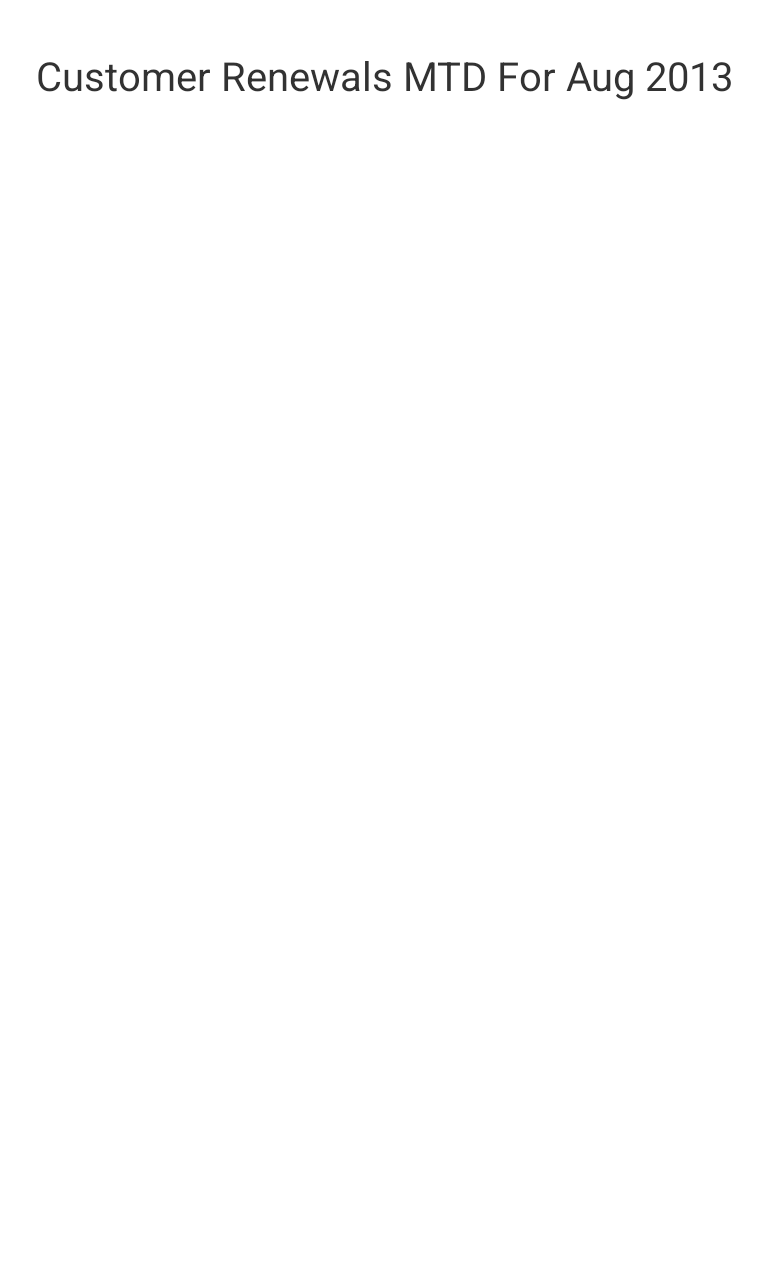
Repository: jemcphe/XCell
Layout: XCell/res/layout/data_renewals.xml
The author's editor kept a copy of each file at every save. The layout is drawn from the files as they stood at one save, then again after the next save.
It is drawn on a 768 x 1280 px phone screen (xhdpi) without system bars, with theme Theme.Xcell; the app's code is not run.

Above is the layout before, as saved 2013-08-17 00:21:21.

### XCell/res/layout/data_renewals.xml
<?xml version="1.0" encoding="utf-8"?>
<RelativeLayout xmlns:android="http://schemas.android.com/apk/res/android"
    android:layout_width="match_parent"
    android:layout_height="match_parent" >

    <TextView
        android:id="@+id/mtdLabel"
        android:layout_width="wrap_content"
        android:layout_height="wrap_content"
        android:layout_alignParentTop="true"
        android:layout_centerHorizontal="true"
        android:layout_marginTop="24dp"
        android:textSize="20sp"
        android:text="Customer Renewals MTD For Aug 2013"
        android:gravity="center" />

</RelativeLayout>

### XCell/res/values/styles_xcell.xml
<?xml version="1.0" encoding="utf-8"?>

<resources>

    <style name="Theme.Xcell" parent="@android:style/Theme.Holo.Light">
        <item name="android:actionBarItemBackground">@drawable/selectable_background_xcell</item>
        <item name="android:popupMenuStyle">@style/PopupMenu.Xcell</item>
        <item name="android:dropDownListViewStyle">@style/DropDownListView.Xcell</item>
        <item name="android:actionBarTabStyle">@style/ActionBarTabStyle.Xcell</item>
        <item name="android:actionDropDownStyle">@style/DropDownNav.Xcell</item>
        <item name="android:actionBarStyle">@style/ActionBar.Solid.Xcell</item>
        <item name="android:actionModeBackground">@drawable/cab_background_top_xcell</item>
        <item name="android:actionModeSplitBackground">@drawable/cab_background_bottom_xcell</item>
        <item name="android:actionModeCloseButtonStyle">@style/ActionButton.CloseMode.Xcell</item>


    </style>

    <style name="ActionBar.Solid.Xcell" parent="@android:style/Widget.Holo.Light.ActionBar.Solid">
        <item name="android:background">@drawable/ab_background_textured_xcell</item>
        <item name="android:backgroundStacked">@drawable/ab_stacked_solid_xcell</item>
        <item name="android:backgroundSplit">@drawable/ab_background_textured_xcell</item>
        <item name="android:progressBarStyle">@style/ProgressBar.Xcell</item>
    </style>

    <style name="ActionBar.Transparent.Xcell" parent="@android:style/Widget.Holo.Light.ActionBar">
        <item name="android:background">@drawable/ab_transparent_xcell</item>
        <item name="android:progressBarStyle">@style/ProgressBar.Xcell</item>
    </style>

    <style name="PopupMenu.Xcell" parent="@android:style/Widget.Holo.Light.ListPopupWindow">
        <item name="android:popupBackground">@drawable/menu_dropdown_panel_xcell</item>
    </style>

    <style name="DropDownListView.Xcell" parent="@android:style/Widget.Holo.Light.ListView.DropDown">
        <item name="android:listSelector">@drawable/selectable_background_xcell</item>
    </style>

    <style name="ActionBarTabStyle.Xcell" parent="@android:style/Widget.Holo.Light.ActionBar.TabView">
        <item name="android:background">@drawable/tab_indicator_ab_xcell</item>
    </style>

    <style name="DropDownNav.Xcell" parent="@android:style/Widget.Holo.Light.Spinner">
        <item name="android:background">@drawable/spinner_background_ab_xcell</item>
        <item name="android:popupBackground">@drawable/menu_dropdown_panel_xcell</item>
        <item name="android:dropDownSelector">@drawable/selectable_background_xcell</item>
    </style>

    <style name="ProgressBar.Xcell" parent="@android:style/Widget.Holo.Light.ProgressBar.Horizontal">
        <item name="android:progressDrawable">@drawable/progress_horizontal_xcell</item>
    </style>

    <style name="ActionButton.CloseMode.Xcell" parent="@android:style/Widget.Holo.Light.ActionButton.CloseMode">
        <item name="android:background">@drawable/btn_cab_done_xcell</item>
    </style>

    <!-- this style is only referenced in a Light.DarkActionBar based theme -->
    <style name="Theme.Xcell.Widget" parent="@android:style/Theme.Holo">
        <item name="android:popupMenuStyle">@style/PopupMenu.Xcell</item>
        <item name="android:dropDownListViewStyle">@style/DropDownListView.Xcell</item>
    </style>

</resources>

### XCell/res/drawable/selectable_background_xcell.xml
<?xml version="1.0" encoding="utf-8"?>
<!-- File created by the Android Action Bar Style Generator

     Copyright (C) 2011 The Android Open Source Project
     Copyright (C) 2012 readyState Software Ltd

     Licensed under the Apache License, Version 2.0 (the "License");
     you may not use this file except in compliance with the License.
     You may obtain a copy of the License at

          http://www.apache.org/licenses/LICENSE-2.0

     Unless required by applicable law or agreed to in writing, software
     distributed under the License is distributed on an "AS IS" BASIS,
     WITHOUT WARRANTIES OR CONDITIONS OF ANY KIND, either express or implied.
     See the License for the specific language governing permissions and
     limitations under the License.
-->

<selector xmlns:android="http://schemas.android.com/apk/res/android"
        android:exitFadeDuration="@android:integer/config_mediumAnimTime" >
    <item android:state_pressed="false" android:state_focused="true" android:drawable="@drawable/list_focused_xcell" />
    <item android:state_pressed="true" android:drawable="@drawable/pressed_background_xcell" />
    <item android:drawable="@android:color/transparent" />
</selector>

### XCell/res/drawable/btn_cab_done_xcell.xml
<?xml version="1.0" encoding="utf-8"?>
<!-- File created by the Android Action Bar Style Generator

     Copyright (C) 2011 The Android Open Source Project
     Copyright (C) 2012 readyState Software Ltd

     Licensed under the Apache License, Version 2.0 (the "License");
     you may not use this file except in compliance with the License.
     You may obtain a copy of the License at

          http://www.apache.org/licenses/LICENSE-2.0

     Unless required by applicable law or agreed to in writing, software
     distributed under the License is distributed on an "AS IS" BASIS,
     WITHOUT WARRANTIES OR CONDITIONS OF ANY KIND, either express or implied.
     See the License for the specific language governing permissions and
     limitations under the License.
-->

<selector xmlns:android="http://schemas.android.com/apk/res/android">
    <item android:state_pressed="true"
        android:drawable="@drawable/btn_cab_done_pressed_xcell" />
    <item android:state_focused="true" android:state_enabled="true"
        android:drawable="@drawable/btn_cab_done_focused_xcell" />
    <item android:state_enabled="true"
        android:drawable="@drawable/btn_cab_done_default_xcell" />
</selector>

### XCell/res/drawable/ab_background_textured_xcell.xml
<?xml version="1.0" encoding="utf-8"?>
<!-- File created by the Android Action Bar Style Generator

     Copyright (C) 2012 readyState Software Ltd

     Licensed under the Apache License, Version 2.0 (the "License");
     you may not use this file except in compliance with the License.
     You may obtain a copy of the License at

          http://www.apache.org/licenses/LICENSE-2.0

     Unless required by applicable law or agreed to in writing, software
     distributed under the License is distributed on an "AS IS" BASIS,
     WITHOUT WARRANTIES OR CONDITIONS OF ANY KIND, either express or implied.
     See the License for the specific language governing permissions and
     limitations under the License.
-->

<bitmap xmlns:android="http://schemas.android.com/apk/res/android"
    android:src="@drawable/ab_texture_tile_xcell"
    android:tileMode="repeat" />

### XCell/res/drawable/progress_horizontal_xcell.xml
<?xml version="1.0" encoding="utf-8"?>
<!-- File created by the Android Action Bar Style Generator

     Copyright (C) 2011 The Android Open Source Project
     Copyright (C) 2012 readyState Software Ltd

     Licensed under the Apache License, Version 2.0 (the "License");
     you may not use this file except in compliance with the License.
     You may obtain a copy of the License at

          http://www.apache.org/licenses/LICENSE-2.0

     Unless required by applicable law or agreed to in writing, software
     distributed under the License is distributed on an "AS IS" BASIS,
     WITHOUT WARRANTIES OR CONDITIONS OF ANY KIND, either express or implied.
     See the License for the specific language governing permissions and
     limitations under the License.
-->

<layer-list xmlns:android="http://schemas.android.com/apk/res/android">

    <item android:id="@android:id/background"
          android:drawable="@drawable/progress_bg_xcell" />

    <item android:id="@android:id/secondaryProgress">
        <scale android:scaleWidth="100%"
               android:drawable="@drawable/progress_secondary_xcell" />
    </item>

    <item android:id="@android:id/progress">
        <scale android:scaleWidth="100%"
               android:drawable="@drawable/progress_primary_xcell" />
    </item>

</layer-list>

### XCell/res/drawable/spinner_background_ab_xcell.xml
<?xml version="1.0" encoding="utf-8"?>
<!-- File created by the Android Action Bar Style Generator

     Copyright (C) 2011 The Android Open Source Project
     Copyright (C) 2012 readyState Software Ltd

     Licensed under the Apache License, Version 2.0 (the "License");
     you may not use this file except in compliance with the License.
     You may obtain a copy of the License at

          http://www.apache.org/licenses/LICENSE-2.0

     Unless required by applicable law or agreed to in writing, software
     distributed under the License is distributed on an "AS IS" BASIS,
     WITHOUT WARRANTIES OR CONDITIONS OF ANY KIND, either express or implied.
     See the License for the specific language governing permissions and
     limitations under the License.
-->

<selector xmlns:android="http://schemas.android.com/apk/res/android">
    <item android:state_enabled="false"
        android:drawable="@drawable/spinner_ab_disabled_xcell" />
    <item android:state_pressed="true"
        android:drawable="@drawable/spinner_ab_pressed_xcell" />
    <item android:state_pressed="false" android:state_focused="true"
        android:drawable="@drawable/spinner_ab_focused_xcell" />
    <item android:drawable="@drawable/spinner_ab_default_xcell" />
</selector>

### XCell/res/drawable/tab_indicator_ab_xcell.xml
<?xml version="1.0" encoding="utf-8"?>
<!-- File created by the Android Action Bar Style Generator

     Copyright (C) 2011 The Android Open Source Project
     Copyright (C) 2012 readyState Software Ltd

     Licensed under the Apache License, Version 2.0 (the "License");
     you may not use this file except in compliance with the License.
     You may obtain a copy of the License at

          http://www.apache.org/licenses/LICENSE-2.0

     Unless required by applicable law or agreed to in writing, software
     distributed under the License is distributed on an "AS IS" BASIS,
     WITHOUT WARRANTIES OR CONDITIONS OF ANY KIND, either express or implied.
     See the License for the specific language governing permissions and
     limitations under the License.
-->

<selector xmlns:android="http://schemas.android.com/apk/res/android">
    <!-- Non focused states -->
    <item android:state_focused="false" android:state_selected="false" android:state_pressed="false" android:drawable="@android:color/transparent"/>
    <item android:state_focused="false" android:state_selected="true"  android:state_pressed="false" android:drawable="@drawable/tab_selected_xcell" />

    <!-- Focused states -->
    <item android:state_focused="true" android:state_selected="false" android:state_pressed="false" android:drawable="@drawable/tab_unselected_focused_xcell" />
    <item android:state_focused="true" android:state_selected="true"  android:state_pressed="false" android:drawable="@drawable/tab_selected_focused_xcell" />

    <!-- Pressed -->
    <!--    Non focused states -->
    <item android:state_focused="false" android:state_selected="false" android:state_pressed="true" android:drawable="@drawable/tab_unselected_pressed_xcell" />
    <item android:state_focused="false" android:state_selected="true"  android:state_pressed="true" android:drawable="@drawable/tab_selected_pressed_xcell" />

    <!--    Focused states -->
    <item android:state_focused="true" android:state_selected="false" android:state_pressed="true" android:drawable="@drawable/tab_unselected_pressed_xcell" />
    <item android:state_focused="true" android:state_selected="true"  android:state_pressed="true" android:drawable="@drawable/tab_selected_pressed_xcell" />
</selector>

### XCell/res/drawable/pressed_background_xcell.xml
<?xml version="1.0" encoding="utf-8"?>
<!-- File created by the Android Action Bar Style Generator

     Copyright (C) 2011 The Android Open Source Project
     Copyright (C) 2012 readyState Software Ltd

     Licensed under the Apache License, Version 2.0 (the "License");
     you may not use this file except in compliance with the License.
     You may obtain a copy of the License at

          http://www.apache.org/licenses/LICENSE-2.0

     Unless required by applicable law or agreed to in writing, software
     distributed under the License is distributed on an "AS IS" BASIS,
     WITHOUT WARRANTIES OR CONDITIONS OF ANY KIND, either express or implied.
     See the License for the specific language governing permissions and
     limitations under the License.
-->

<shape xmlns:android="http://schemas.android.com/apk/res/android" android:shape="rectangle">
    <solid android:color="@color/pressed_xcell" />
</shape>

### XCell/res/values/colors_xcell.xml
<?xml version="1.0" encoding="utf-8"?>
<!-- File created by the Android Action Bar Style Generator

     Copyright (C) 2011 The Android Open Source Project
     Copyright (C) 2012 readyState Software Ltd

     Licensed under the Apache License, Version 2.0 (the "License");
     you may not use this file except in compliance with the License.
     You may obtain a copy of the License at

          http://www.apache.org/licenses/LICENSE-2.0

     Unless required by applicable law or agreed to in writing, software
     distributed under the License is distributed on an "AS IS" BASIS,
     WITHOUT WARRANTIES OR CONDITIONS OF ANY KIND, either express or implied.
     See the License for the specific language governing permissions and
     limitations under the License.
-->

<resources>
    <color name="pressed_xcell">#CC33B5E5</color>
    <color name="background_xcell">#d8e8e8</color>
    <color name="xcell_blue">#12679b</color>
</resources>

After the next save:
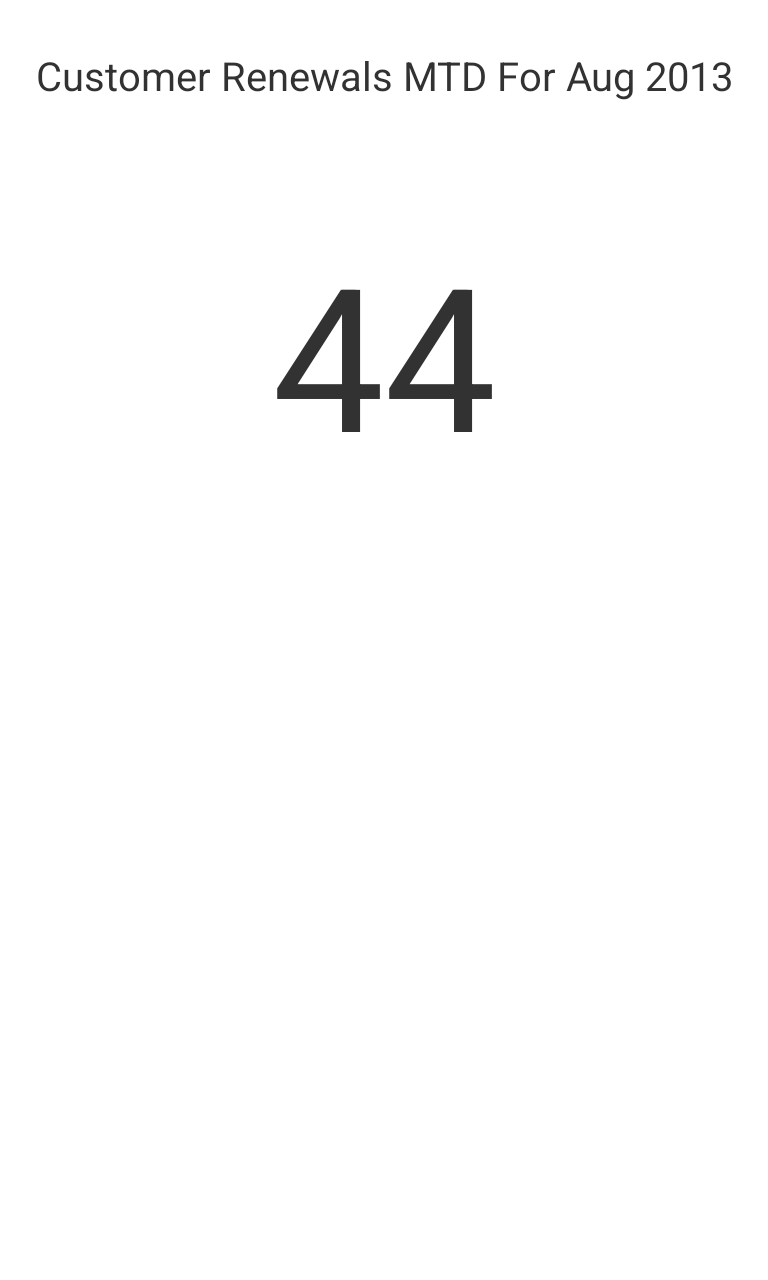
Saved 2 min 19 s later.
--- a/XCell/res/layout/data_renewals.xml
+++ b/XCell/res/layout/data_renewals.xml
@@ -14,4 +14,14 @@
         android:text="Customer Renewals MTD For Aug 2013"
         android:gravity="center" />
 
+    <TextView
+        android:id="@+id/data_renewalsValue"
+        android:layout_width="wrap_content"
+        android:layout_height="wrap_content"
+        android:layout_below="@+id/mtdLabel"
+        android:layout_centerHorizontal="true"
+        android:layout_marginTop="59dp"
+        android:text="44"
+        android:textSize="100sp" />
+
 </RelativeLayout>
